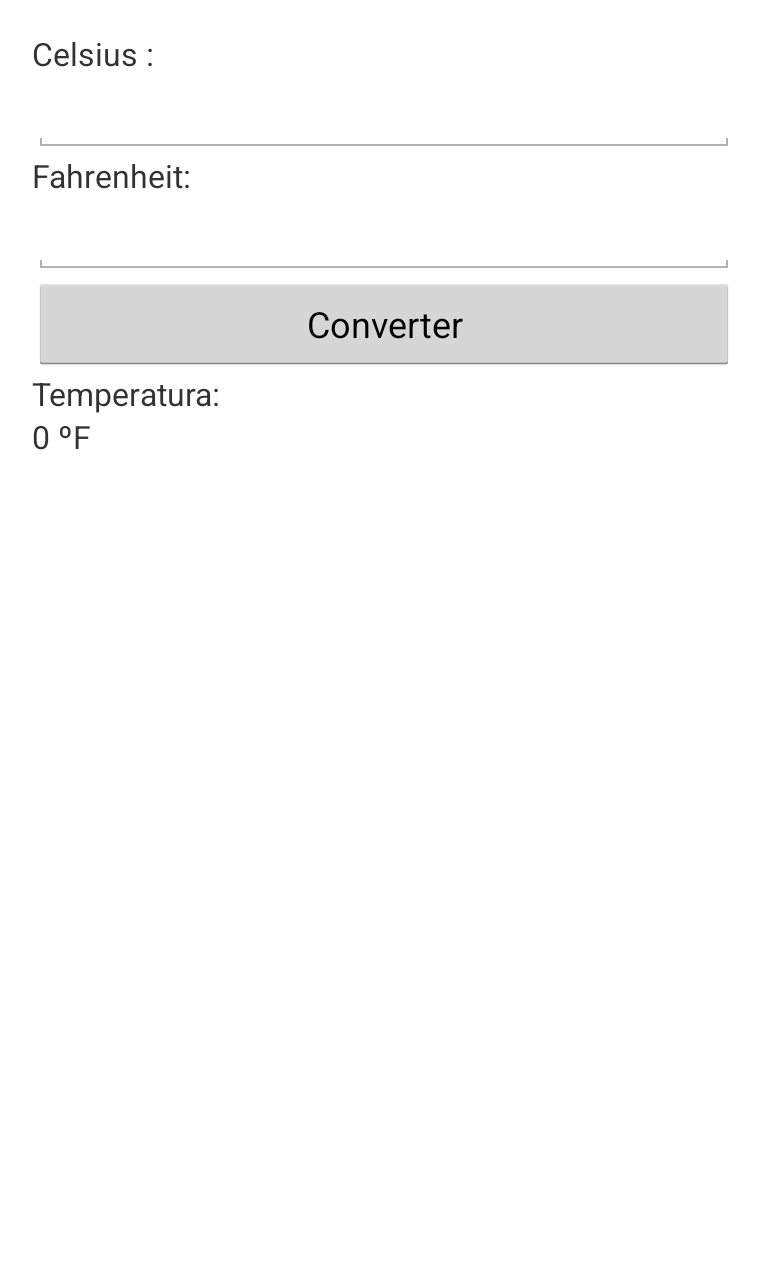
Repository: erickluz/Android
Layout: CelsiusToFahrenheit/res/layout/activity_main.xml
The author's editor kept a copy of each file at every save. The layout is drawn from the files as they stood at one save, then again after the next save.
It is drawn on a 768 x 1280 px phone screen (xhdpi) without system bars, with theme AppTheme; the app's code is not run.

Above is the layout before, as saved 2016-03-15 00:18:41.

After the next save:
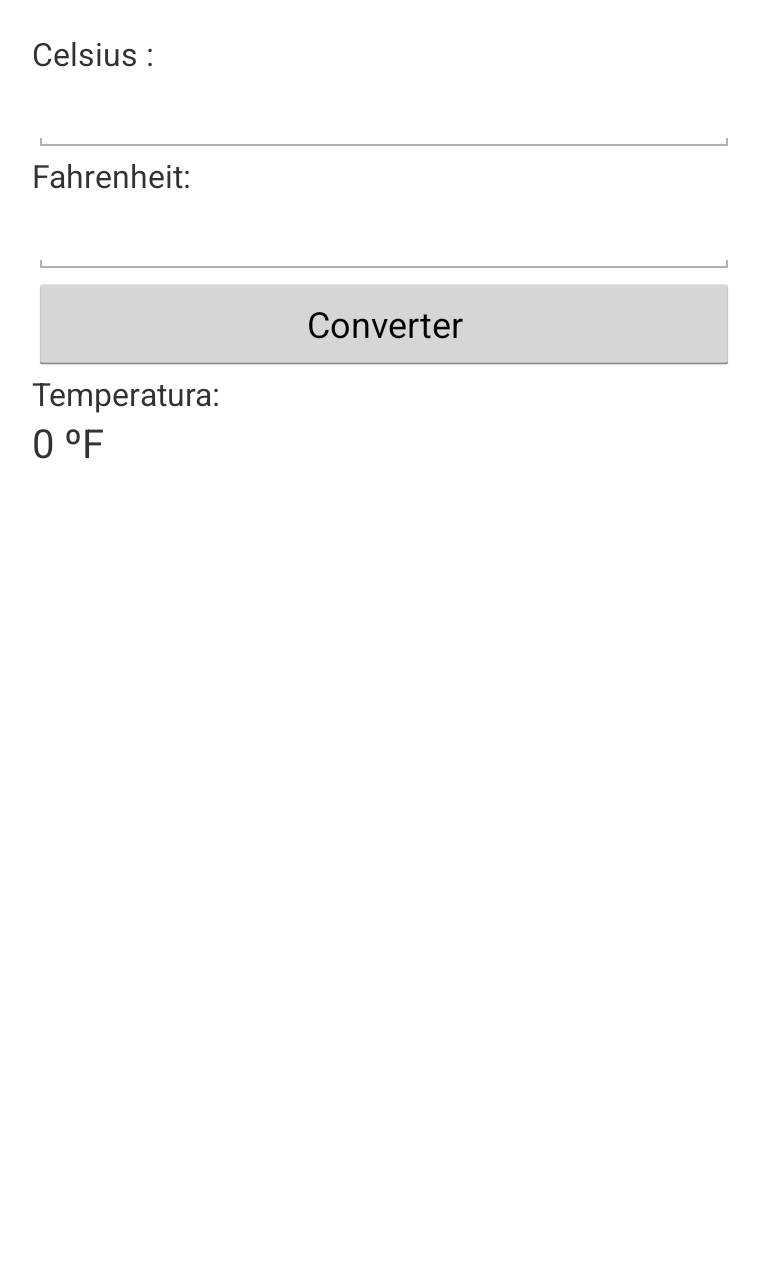
Saved 12 s later.
--- a/CelsiusToFahrenheit/res/layout/activity_main.xml
+++ b/CelsiusToFahrenheit/res/layout/activity_main.xml
@@ -52,7 +52,7 @@
         android:id="@+id/lblFahrenheit"
         android:layout_width="wrap_content"
         android:layout_height="wrap_content"
-        android:textSize="16sp"
+        android:textSize="20sp"
         android:text="@string/far" />
 
 
